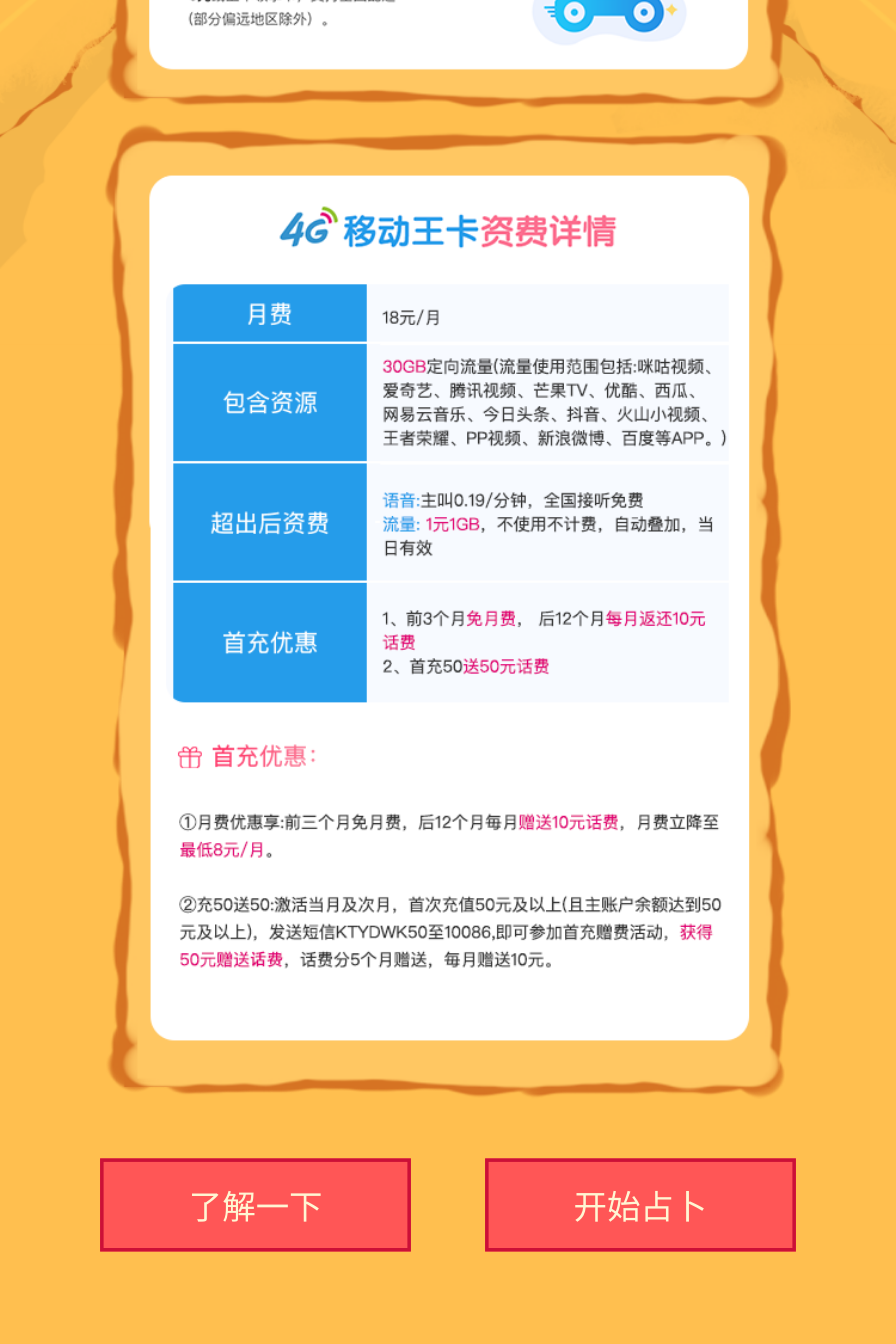
Repository: wangbiaozy/12.19
Page: wangka.html
These files come from the project's save history. The page is drawn as it stood at one moment and after the next save; the edit follows.
The browser window is 1280 px wide. The pictures show the part of the page from y = 1567 to 3487 px (the page is 3487 px tall), at 70% of full size.

Above is the page before, as saved 2018-12-18 18:22:11.

### wangka.html
<!DOCTYPE html>
<html lang="en">

<head>
    <meta charset="UTF-8">
    <meta name="viewport" content="width=device-width, initial-scale=1.0, maximum-scale=1.0, minimum-scale=1.0, user-scalable=no, viewport-fit=cover">
    <meta http-equiv="X-UA-Compatible" content="ie=edge">
    <title>Document</title>
    <link rel="stylesheet" href="css/reset.min.css">
    <link rel="stylesheet/less" href="css/wangka.less">
    <script src="js/less-1.7.0.min.js"></script>
</head>
<body>
    <section class="wrap">
        <header></header>
        <main></main>
        <section></section>
        <footer>
            <a href="">了解一下</a>
            <a href="./index.html">开始占卜</a>
        </footer>
    </section>
</body>
</html>
<script src="js/jquery-1.10.1.min.js"></script>
<script src="js/index.js"></script>

### css/reset.min.css
@charset "utf-8";
/*默认样式清除和初始化*/
body,h1,h2,h3,h4,h5,h6,hr,p,blockquote,dl,dt,dd,ul,ol,li,button,input,textarea,th,td{margin:0;padding:0}body{font-size:12px;font-style:normal;font-family:"\5FAE\8F6F\96C5\9ED1",Helvetica,sans-serif}small{font-size:12px}h1{font-size:18px}h2{font-size:16px}h3{font-size:14px}h4,h5,h6{font-size:100%}ul,ol{list-style:none}a{text-decoration:none;background-color:transparent}a:hover,a:active{outline-width:0;text-decoration:none}table{border-collapse:collapse;border-spacing:0}hr{border:0;height:1px}img{border-style:none}img:not([src]){display:none}svg:not(:root){overflow:hidden}html{-webkit-touch-callout:none;-webkit-text-size-adjust:100%}input,textarea,button,a{-webkit-tap-highlight-color:rgba(0,0,0,0)}article,aside,details,figcaption,figure,footer,header,main,menu,nav,section,summary{display:block}audio,canvas,progress,video{display:inline-block}audio:not([controls]),video:not([controls]){display:none;height:0}progress{vertical-align:baseline}mark{background-color:#ff0;color:#000}sub,sup{position:relative;font-size:75%;line-height:0;vertical-align:baseline}sub{bottom:-0.25em}sup{top:-0.5em}button,input,select,textarea{font-size:100%;outline:0}button,input{overflow:visible}button,select{text-transform:none}textarea{overflow:auto}button,html [type="button"],[type="reset"],[type="submit"]{-webkit-appearance:button}button::-moz-focus-inner,[type="button"]::-moz-focus-inner,[type="reset"]::-moz-focus-inner,[type="submit"]::-moz-focus-inner{border-style:none;padding:0}button:-moz-focusring,[type="button"]:-moz-focusring,[type="reset"]:-moz-focusring,[type="submit"]:-moz-focusring{outline:1px dotted ButtonText}[type="checkbox"],[type="radio"]{box-sizing:border-box;padding:0}[type="number"]::-webkit-inner-spin-button,[type="number"]::-webkit-outer-spin-button{height:auto}[type="search"]{-webkit-appearance:textfield;outline-offset:-2px}[type="search"]::-webkit-search-cancel-button,[type="search"]::-webkit-search-decoration{-webkit-appearance:none}::-webkit-input-placeholder{color:inherit;opacity:.54}::-webkit-file-upload-button{-webkit-appearance:button;font:inherit}.clear:after{display:block;height:0;content:"";clear:both}
*{ -webkit-tap-highlight-color: rgba(0,0,0,0);-webkit-tap-highlight-color: transparent; /* For some Androids */ }

### js/index.js
(function (doc, win) {
    var docEl = doc.documentElement,
        resizeEvt = 'orientationchange' in window ? 'orientationchange' : 'resize',
        recalc = function () {
            var clientWidth = docEl.clientWidth;
            if (!clientWidth) return;
            docEl.style.fontSize = 100 * (clientWidth / 750) + 'px';
        };
    if (!doc.addEventListener) return;
    win.addEventListener(resizeEvt, recalc, false);
    doc.addEventListener('DOMContentLoaded', recalc, false);
})(document, window);
$(function () {


    //显示遮罩层
    function showMask(){
        $("#mask").css("height",$(document).height());
        $("#mask").css("width",$(document).width());
        $("#mask").show();
    }
    //隐藏遮罩层
    function hideMask(){
        $("#mask").hide();
    }
});

Loaded but not shown: js/less-1.7.0.min.js (library); js/jquery-1.10.1.min.js (library)

After the next save:
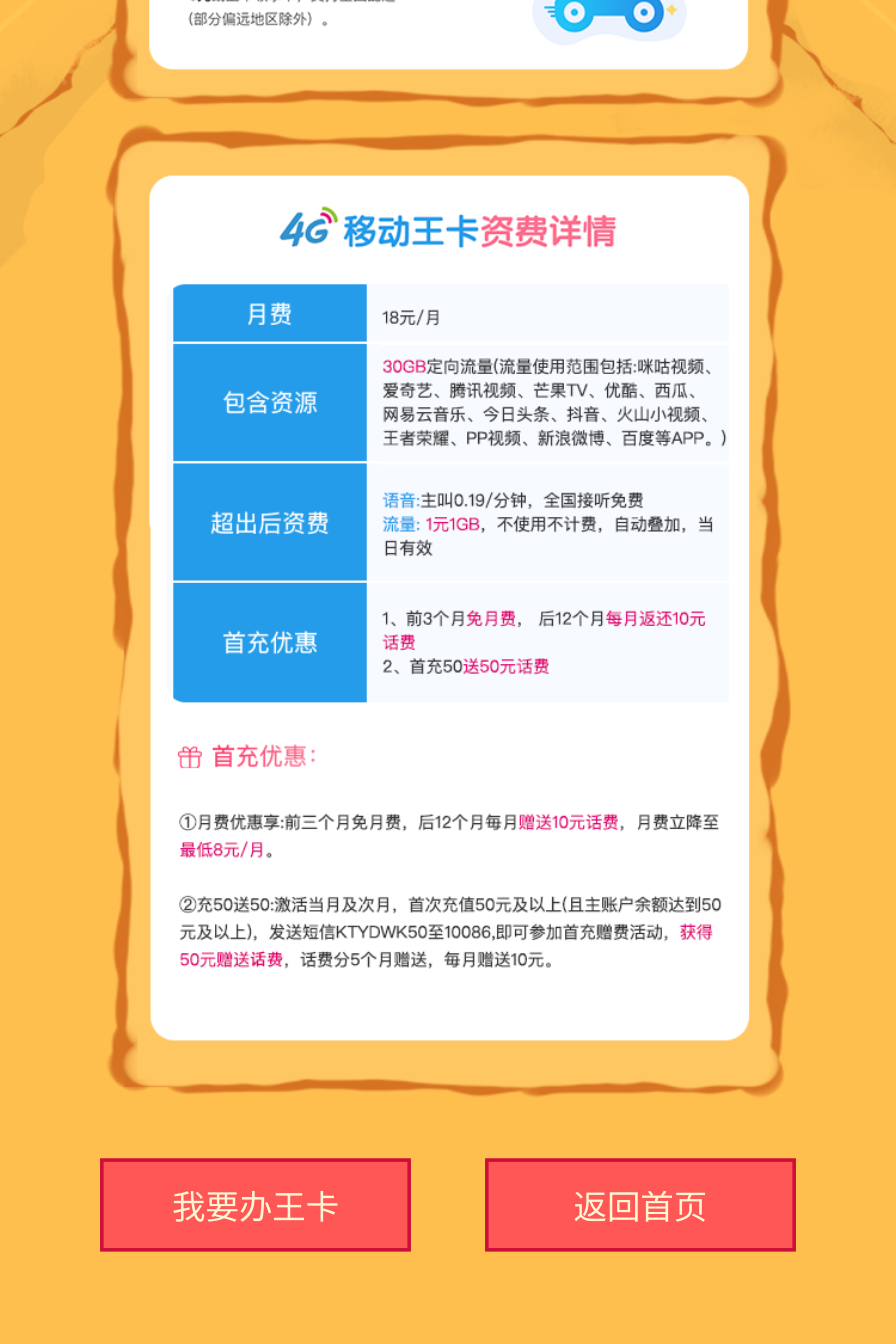
Saved 43 s later.
--- a/wangka.html
+++ b/wangka.html
@@ -16,8 +16,8 @@
         <main></main>
         <section></section>
         <footer>
-            <a href="">了解一下</a>
-            <a href="./index.html">开始占卜</a>
+            <a href="">我要办王卡</a>
+            <a href="./index.html">返回首页</a>
         </footer>
     </section>
 </body>
